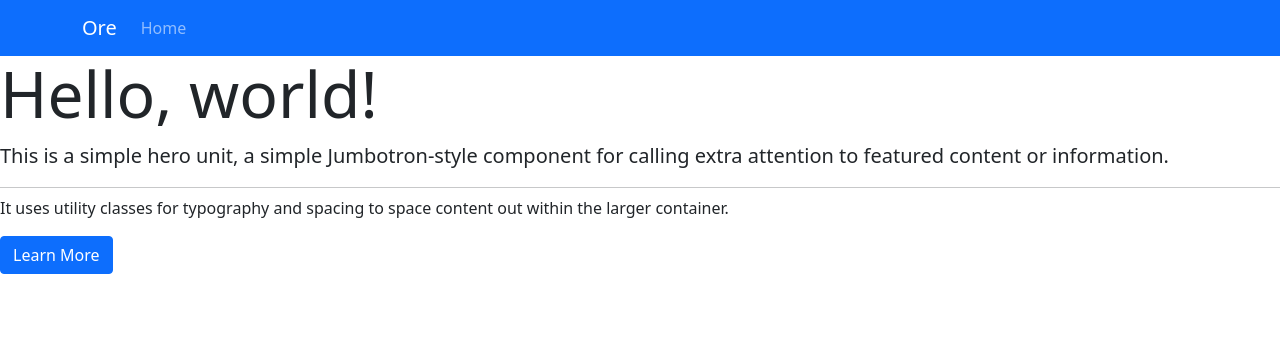
Repository: thf4/React-Front
Page: /
An editor plug-in stored every save of this project. The page is shown before and after a run of saves, followed by the edit.
The browser window is 1280 px wide. The pictures show the whole page.
The project was rebuilt for these pictures with package versions that can differ from the ones it lists, and the page was loaded fresh each time. Also part of the build but not shown: src/config/index.js, src/pages/Home/index.js, src/pages/Vizualizar/index.js, src/config/cadastrar.js, src/pages/Cadastrar/index.js, src/pages/Editar/index.js.

Above is the page before, as saved 2021-05-07 15:39:08.

After the next 2 saves:
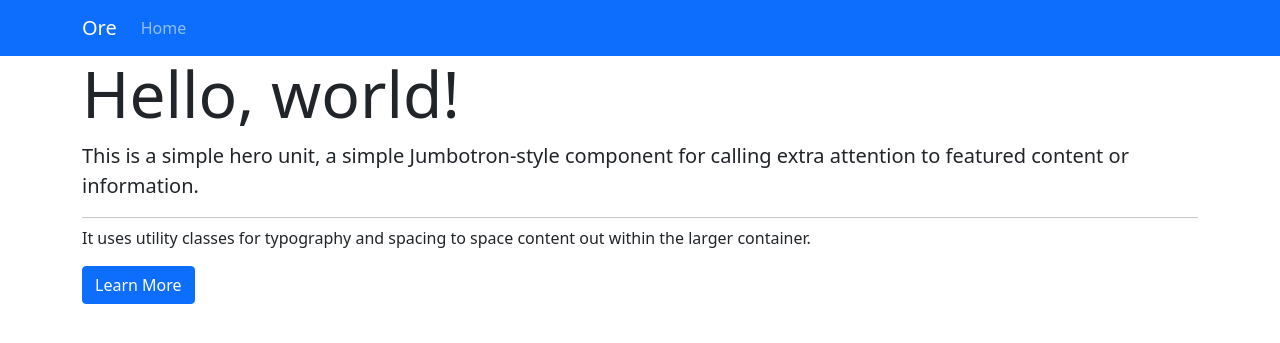
The 2 saves are shown as one change because 1 did not build or start.
The last was saved 46 s later.
--- a/src/pages/Login/index.js
+++ b/src/pages/Login/index.js
@@ -1,17 +1,25 @@
-import React from 'react';
-import { Jumbotron, Button } from 'reactstrap';
+import React from "react";
+import { Jumbotron, Button, Container } from "reactstrap";
 
 export const Login = (props) => {
   return (
     <div>
       <Jumbotron>
-        <h1 className="display-3">Hello, world!</h1>
-        <p className="lead">This is a simple hero unit, a simple Jumbotron-style component for calling extra attention to featured content or information.</p>
-        <hr className="my-2" />
-        <p>It uses utility classes for typography and spacing to space content out within the larger container.</p>
-        <p className="lead">
-          <Button color="primary">Learn More</Button>
-        </p>
+        <Container>
+          <h1 className="display-3">Hello, world!</h1>
+          <p className="lead">
+            This is a simple hero unit, a simple Jumbotron-style component for
+            calling extra attention to featured content or information.
+          </p>
+          <hr className="my-2" />
+          <p>
+            It uses utility classes for typography and spacing to space content
+            out within the larger container.
+          </p>
+          <p className="lead">
+            <Button color="primary">Learn More</Button>
+          </p>
+        </Container>
       </Jumbotron>
     </div>
   );
